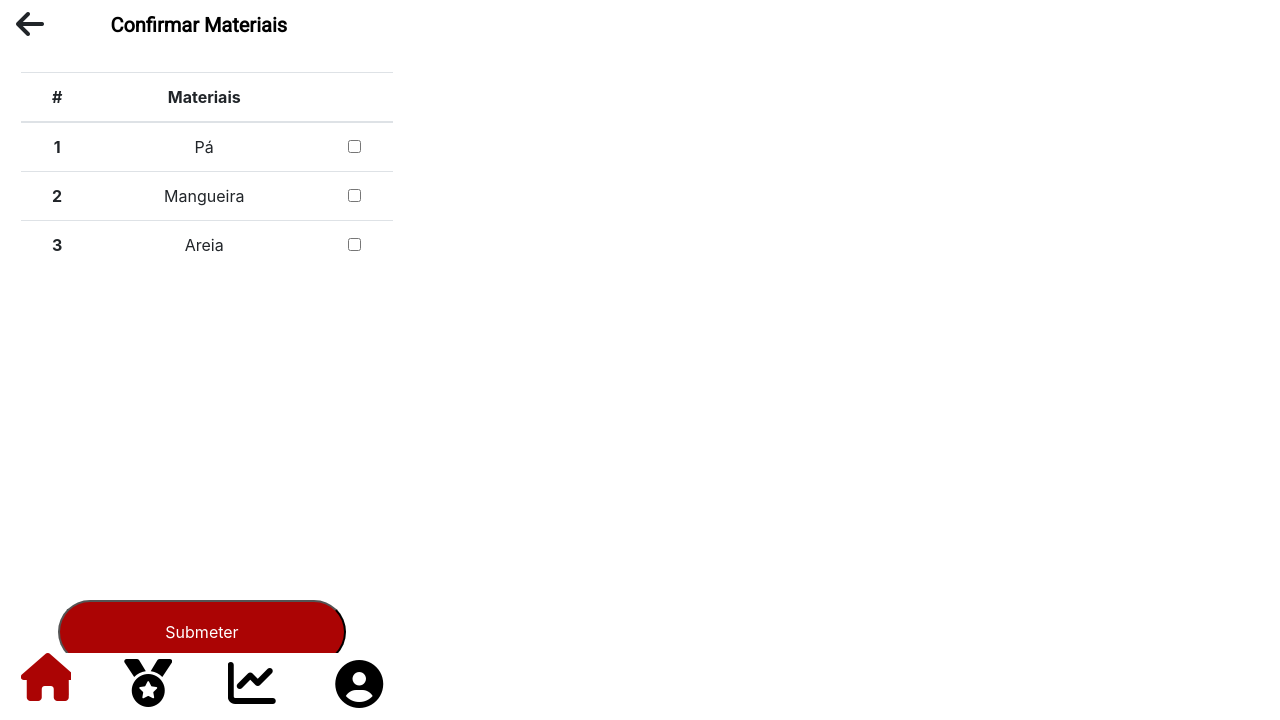
Repository: grupodetrabalhoeficiente/D213
Page: D213/Frontend/ConfirmarMateriais.html
The author's editor kept a record of every edit. The page is drawn from the files as they stood at one moment, then again after the next edit.
The browser window is 1280 px wide. The pictures show the whole page.
Some web libraries are served in a nearby version.

Above is the page before.

### D213/Frontend/ConfirmarMateriais.html
<!DOCTYPE html>
<html>
    <head>
        <meta charset="utf-8">
    <meta name="viewport" content="width=device-width, initial-scale=1, maximum-scale=1, user-scalable=no">
    <link href="https://fonts.googleapis.com/css?family=Inter&display=swap" rel="stylesheet" />
    <link href="https://fonts.googleapis.com/css?family=Roboto&display=swap" rel="stylesheet" />
    <link href="./ConfirmarMateriais.css" rel="stylesheet" />
    <link rel="stylesheet" href="https://cdn.jsdelivr.net/npm/bootstrap@4.5.3/dist/css/bootstrap.min.css" integrity="sha384-TX8t27EcRE3e/ihU7zmQxVncDAy5uIKz4rEkgIXeMed4M0jlfIDPvg6uqKI2xXr2" crossorigin="anonymous">
    <script src="https://kit.fontawesome.com/e195162fd2.js" crossorigin="anonymous"></script>
    <title>Secure4All</title>
    </head>
    <body>
  <div class="screen">
        <!--navbar-->
    <nav class="navbar fixed-top">
        <a><i id="goBack"class="fas fa-arrow-left fa-2x"></i></a>
        <span class="title">Confirmar Materiais</span>
    </nav>
    <!--tabela-->
    <div class="TabelaDiv">
    <table class="table">
  <thead>
    <tr>
      <th scope="col">#</th>
      <th scope="col">Materiais</th>
      <th scope="col"></th>
    </tr>
  </thead>
  <tbody>
    <tr>
      <th scope="row">1</th>
      <td>Pá</td>
      <td>
          <input type="checkbox" class="MaterialCheck"/>
      </td>
    </tr>
    <tr>
      <th scope="row">2</th>
      <td>Mangueira</td>
      <td>
        <input type="checkbox" class="MaterialCheck"/>
      </td>
    </tr>
    <tr>
      <th scope="row">3</th>
      <td>Areia</td>
      <td>
         <input type="checkbox" class="MaterialCheck"/>
      </td>
    </tr>
  </tbody>
</table>
</div>
<!--botao confirmar-->
<input id="submit" type ="button" class="SubmeterClass" id="SubmeterId" value="Submeter"></input>
<!--MENUBAR-->
<nav class="menubar fixed-bottom">
            <ul class="nav navbar-nav">
                <li><a href="MenuPrincipal.html"><i class="fa fa-home fa-3x"></i></a></li>
                <li><a href="Ranks.html"><i class="fa fa-medal fa-3x"></i></a></li>
                <li><a href="HistoricoOcorrencias.html"><i class="fa fa-chart-line fa-3x"></i></a></li>
                <li><a href="PerfilUpdate.html"><i class="fas fa-user-circle fa-3x"></i></a></li>
            </ul>
        </nav>
    </div>
    </body>
</html>

### D213/Frontend/ConfirmarMateriais.css
.screen {
  width:100%;
  height:100%;
  max-width: 414px;
  max-height: 736px;
  background: rgba(255,255,255,1);
  opacity: 1;
  position: absolute;
  overflow: hidden;
  z-index:-1;
}
/*NAVBAR*/
.navbar{
  width: 100%;
  max-width:414px;
  background-color: rgba(255,255,255,1);
  z-index:3;
  text-align:center;
  overflow: hidden;

}
.title {
  color: rgba(0,0,0,1);
  width: 100%;
  right: 2%;
  font-family: Roboto;
  font-weight:Bolder;
  font-size: 20px;
  opacity: 1;
  text-align: center;
  z-index:1;
  position:absolute;

}
/*TABELA*/
.TabelaDiv{
    position: relative;
    width: 90%;
    height: 6%;
    top: 10%;
    display: block;
    margin-left: auto;
    margin-right: auto;
    text-align: center;
}
/* botao confirmar*/
.SubmeterClass{
    height:100%;
    width:100%;
    max-width:288px;
    max-height:64px;
    border-top-left-radius: 100px;
    border-top-right-radius: 100px;
    border-bottom-left-radius: 100px;
    border-bottom-right-radius: 100px;
    position:absolute;
    top:600px;
    left:58px;
    background-color:#AB0404;
    color:white;
}
/*Menubar*/
.menubar{
  width:100%;
  max-width:414px;
  background-color: rgba(255,255,255,1);
  z-index:1;
  float: center;
  overflow: hidden;
  height:67px;
  max-height:100%;
  display:block;
}
.menubar i:hover {  /* para brincar um bocado */
  color:rgba(171,4,4,1);
}
.fa-home {
  max-width: 50px;
  max-height: 50px;
  color: rgba(171,4,4,1);
  background-repeat: no-repeat;
  background-size: cover;
  opacity: 1;
  position: relative;
  top: 10%;
  left:5%;
  overflow: hidden;
  z-index:2;
}
.fa-medal {
  max-width: 50px;
  max-height: 50px;
  color: rgba(0,0,0,1);
  background-repeat: no-repeat;
  background-size: cover;
  opacity: 1;
  position: absolute;
  bottom: 20%;
  left: 30%;
  overflow: hidden;
  z-index:2;
}
.fa-chart-line {
  max-width: 50px;
  max-height: 50px;
  color: rgba(0,0,0,1);
  background-repeat: no-repeat;
  background-position: center center;
  background-size: cover;
  opacity: 1;
  position: absolute;
  bottom: 20%;
  left: 55%;
  overflow: hidden;
  z-index:2;
}
.fa-user-circle {
  max-width: 50px;
  max-height: 50px;
  color: rgba(0,0,0,1);
  opacity: 1;
  position: absolute;
  top: 5%;
  left: 80%;
  border: 4px solid rgba(89,11,11,0);
  /*box-shadow: 0px 4px 20px rgba(0.3958333432674408, 0.3958333432674408, 0.3958333432674408, 0.15000000596046448);*/
  z-index:2;
}

After the next edit:
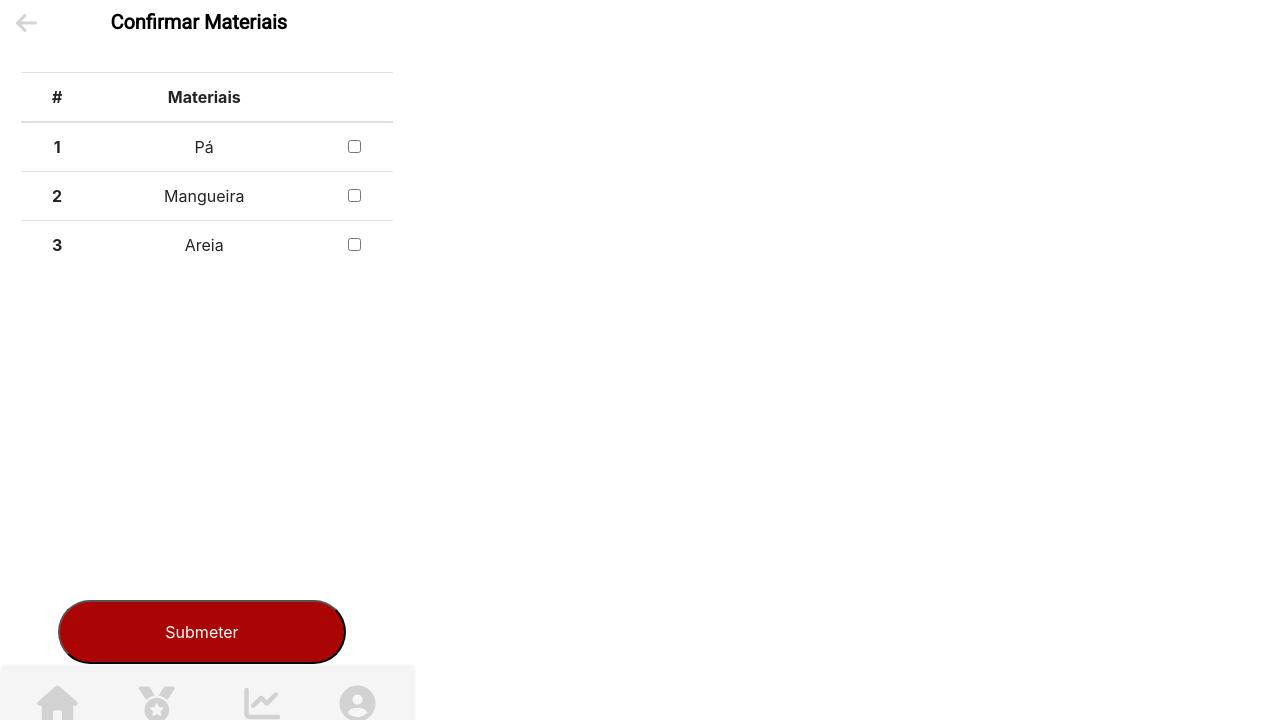
The edit:
--- a/D213/Frontend/ConfirmarMateriais.css
+++ b/D213/Frontend/ConfirmarMateriais.css
@@ -60,69 +60,72 @@
     color:white;
 }
 /*Menubar*/
-.menubar{
-  width:100%;
-  max-width:414px;
-  background-color: rgba(255,255,255,1);
-  z-index:1;
-  float: center;
-  overflow: hidden;
-  height:67px;
-  max-height:100%;
-  display:block;
+.menubar {
+    width: 100%;
+    height: 100%;
+    max-height: 67px;
+    max-width: 414px;
+    background-color: rgba(255, 255, 255, 1);
+    z-index: 1;
+    float: center;
+    overflow: hidden;
+    display: block;
+    font-size: 12px;
 }
-.menubar i:hover {  /* para brincar um bocado */
-  color:rgba(171,4,4,1);
+
+.fa-home {
+    opacity: 1;
+    position: absolute;
+    top: 16px!important;
+    left: 9%;
+    z-index: 2;
+    color: #d2d2d2;
 }
-.fa-home {
-  max-width: 50px;
-  max-height: 50px;
-  color: rgba(171,4,4,1);
-  background-repeat: no-repeat;
-  background-size: cover;
-  opacity: 1;
-  position: relative;
-  top: 10%;
-  left:5%;
-  overflow: hidden;
-  z-index:2;
+
+.fa-medal {
+    opacity: 1;
+    position: absolute;
+    left: 33.5%;
+    z-index: 2;
+    top: 17px!important;
+    color: #d2d2d2;
 }
-.fa-medal {
-  max-width: 50px;
-  max-height: 50px;
-  color: rgba(0,0,0,1);
-  background-repeat: no-repeat;
-  background-size: cover;
-  opacity: 1;
-  position: absolute;
-  bottom: 20%;
-  left: 30%;
-  overflow: hidden;
-  z-index:2;
+
+.fa-chart-line {
+    opacity: 1;
+    position: absolute;
+    left: 59%;
+    z-index: 2;
+    top: 16px!important;
+    color: #d2d2d2;
 }
-.fa-chart-line {
-  max-width: 50px;
-  max-height: 50px;
-  color: rgba(0,0,0,1);
-  background-repeat: no-repeat;
-  background-position: center center;
-  background-size: cover;
-  opacity: 1;
-  position: absolute;
-  bottom: 20%;
-  left: 55%;
-  overflow: hidden;
-  z-index:2;
+
+.fa-user-circle {
+    opacity: 1;
+    position: absolute;
+    left: 82%;
+    z-index: 2;
+    top: 16px!important;
+    color: #d2d2d2;
 }
-.fa-user-circle {
-  max-width: 50px;
-  max-height: 50px;
-  color: rgba(0,0,0,1);
-  opacity: 1;
-  position: absolute;
-  top: 5%;
-  left: 80%;
-  border: 4px solid rgba(89,11,11,0);
-  /*box-shadow: 0px 4px 20px rgba(0.3958333432674408, 0.3958333432674408, 0.3958333432674408, 0.15000000596046448);*/
-  z-index:2;
+
+#goBack {
+        font-size: 24px;
+    color: lightgray;
+    z-index: 3;
+    top: 100%;
+    position: sticky;
 }
+
+.fixed-bottom {
+    position: fixed;
+    background-color: #ececec82;
+    top: 670px;
+    left: 1px;
+    width: 461px;
+    box-shadow: 1px -5px 2px rgb(222 221 221 / 34%);
+    border-top-left-radius: 5px;
+    border-top-right-radius: 5px;
+    border-bottom-left-radius: 5px;
+    border-bottom-right-radius: 5px;
+}
